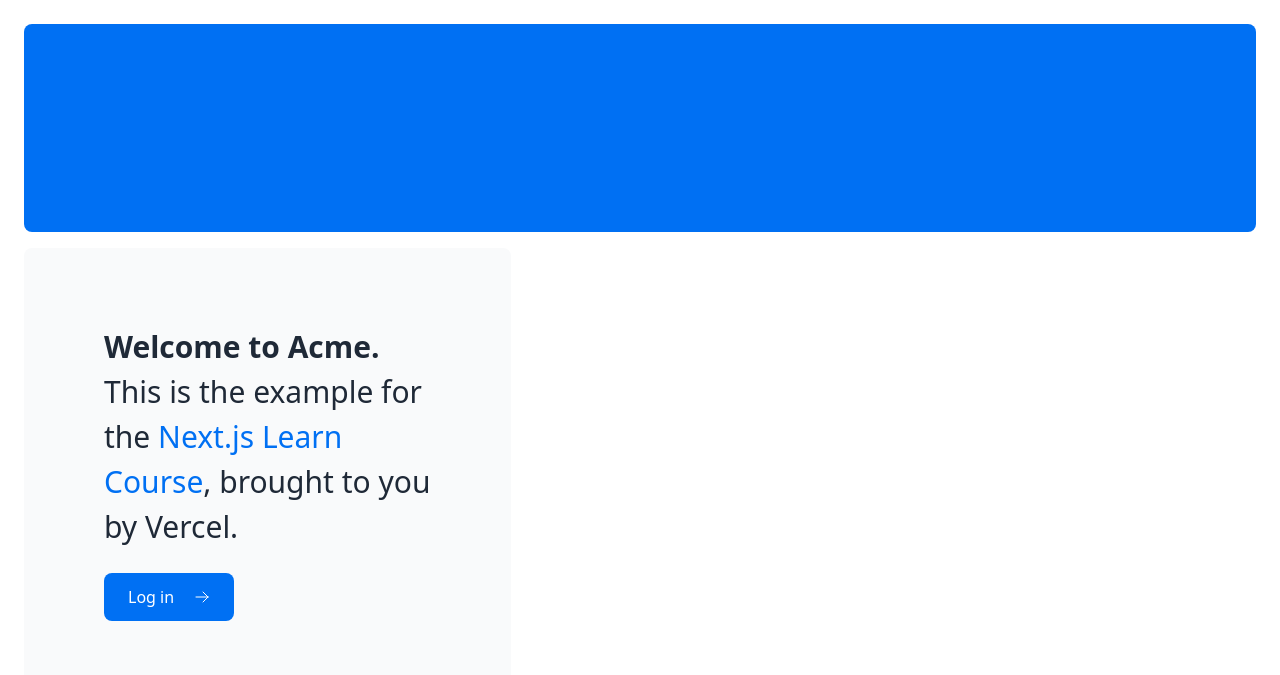
Repository: lokinell/nextjs-dashboard
Page: /
These files come from the project's save history. The page is drawn as it stood at one moment and after the next save; the edit follows.
The browser window is 1280 px wide. The pictures show the whole page.
The project was rebuilt for these pictures with package versions that can differ from the ones it lists, and the page was loaded fresh each time. The framework's server and built-in components were replaced by stand-ins that run in the browser. Also part of the build but not shown: next.config.js.

Above is the page before, as saved 2024-03-11 23:49:59.

After the next save:
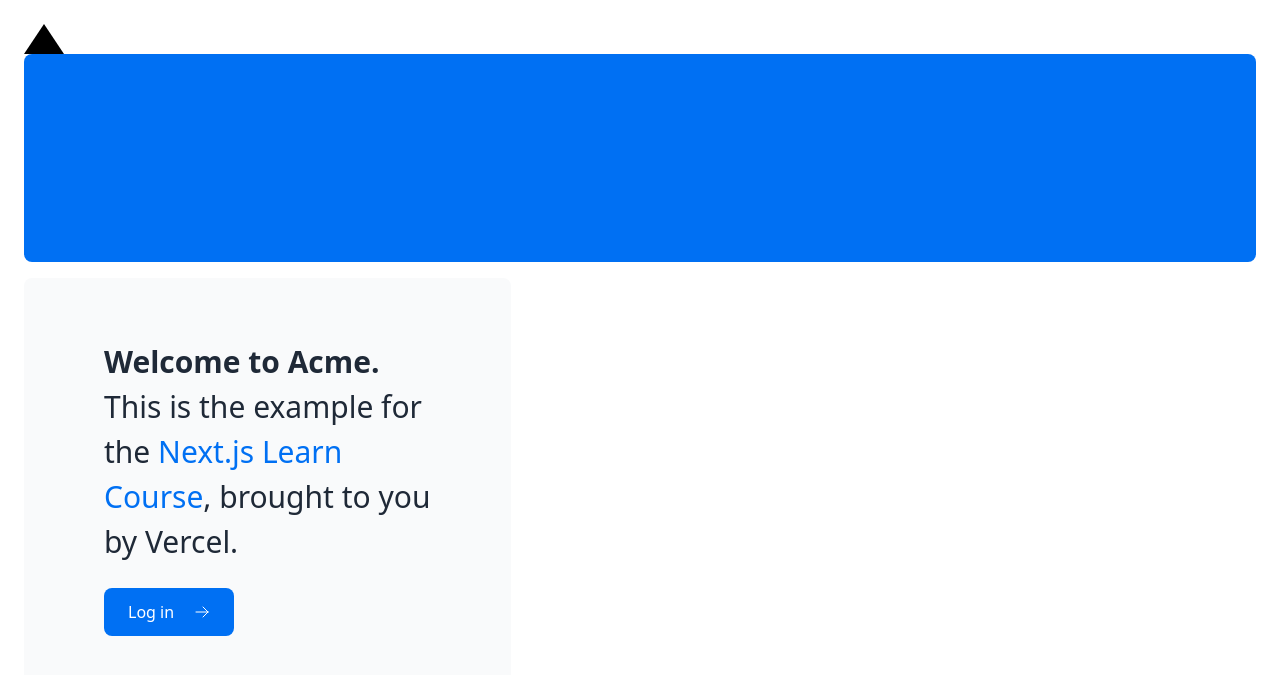
Saved 32 s later.
--- a/app/page.tsx
+++ b/app/page.tsx
@@ -6,6 +6,8 @@
 export default function Page() {
   return (
     <main className="flex min-h-screen flex-col p-6">
+
+      <div className={styles.shape}/>
       <div className="flex h-20 shrink-0 items-end rounded-lg bg-blue-500 md:h-52">
         {/* <AcmeLogo /> */}
       </div>

After the save that followed:
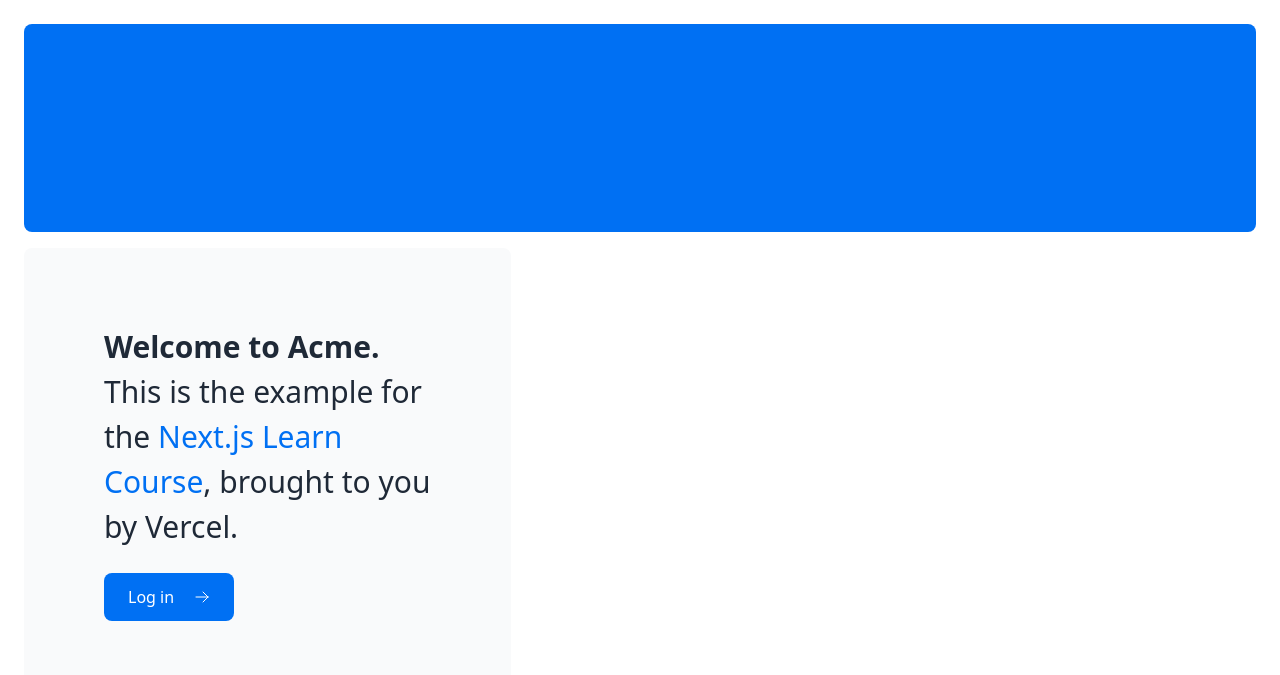
Saved 3 min 26 s later.
--- a/app/page.tsx
+++ b/app/page.tsx
@@ -7,7 +7,6 @@
   return (
     <main className="flex min-h-screen flex-col p-6">
 
-      <div className={styles.shape}/>
       <div className="flex h-20 shrink-0 items-end rounded-lg bg-blue-500 md:h-52">
         {/* <AcmeLogo /> */}
       </div>
